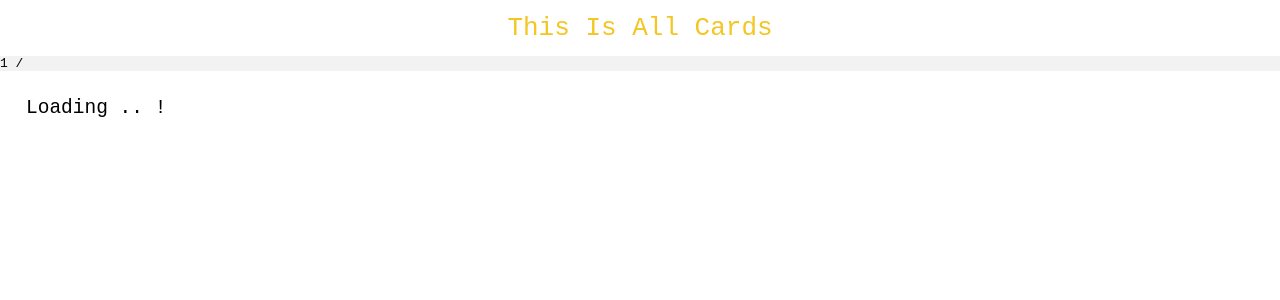
Repository: rehamtaher10/reactQueryTask
Page: /
The author's editor kept a copy of each file at every save. The page is drawn from the files as they stood at one save, then again after a run of saves.
The browser window is 1280 px wide. The pictures show the whole page.
The page's requests for data from a server got no answer. The project was rebuilt for these pictures with package versions that can differ from the ones it lists, and the page was loaded fresh each time. No one was signed in, and anything a server would have sent is missing. Also part of the build but not shown: vite.config.js.

Above is the page before, as saved 2024-12-07 20:04:47.

After the next 2 saves:
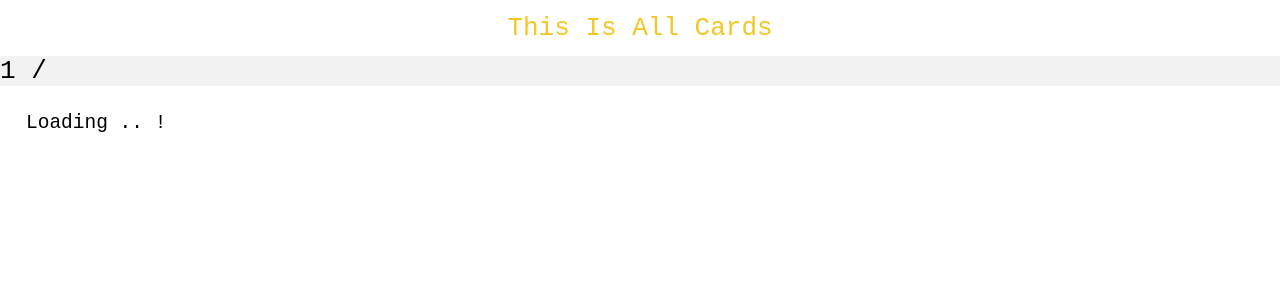
The 2 saves are shown as one change because they came seconds apart.
The last was saved 44 s later.
--- a/src/style/app.css
+++ b/src/style/app.css
@@ -48,5 +48,5 @@ h1{
 }
 .pagination p{
     background-color:#f2f2f2 ;
-
+    font-size: 2rem;
 }
